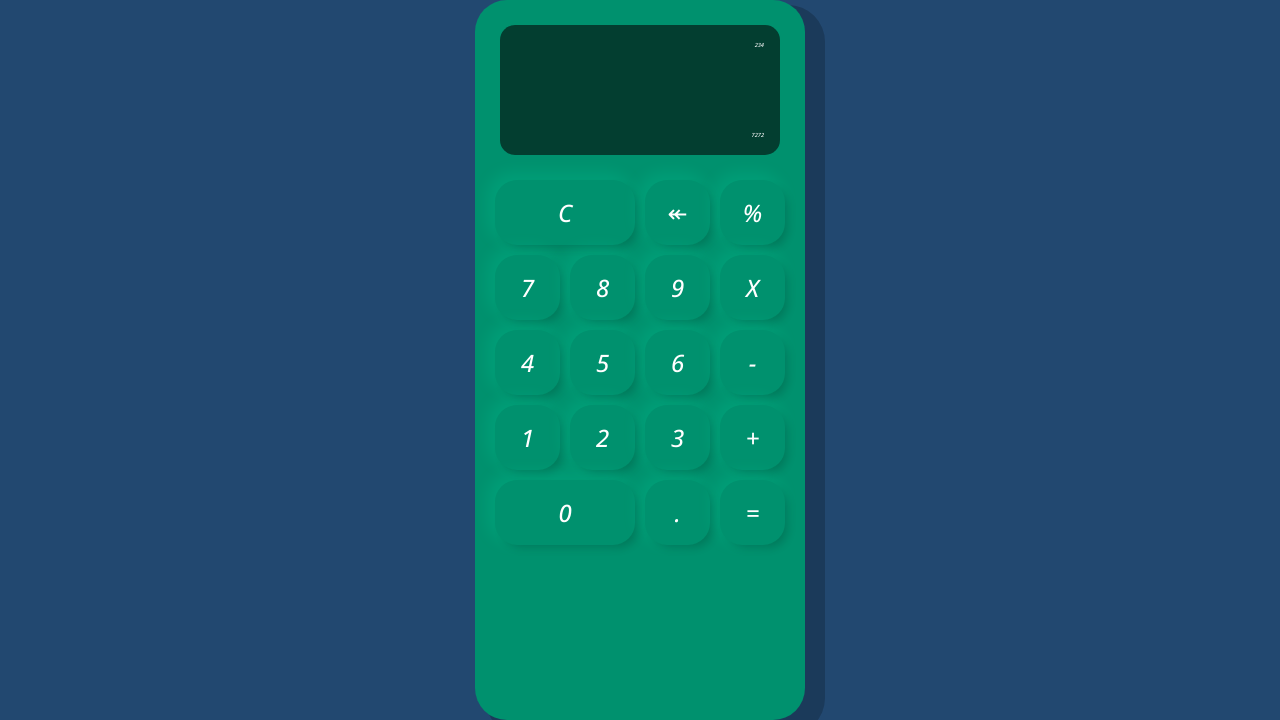
Repository: jhonenmanuel1/javaScript-calculator
Page: src/index.html
The author's editor kept a copy of each file at every save. The page is drawn from the files as they stood at one save, then again after the next save.
The browser window is 1280 px wide. The pictures show the whole page.

Above is the page before, as saved 2022-08-02 23:45:26.

After the next save:
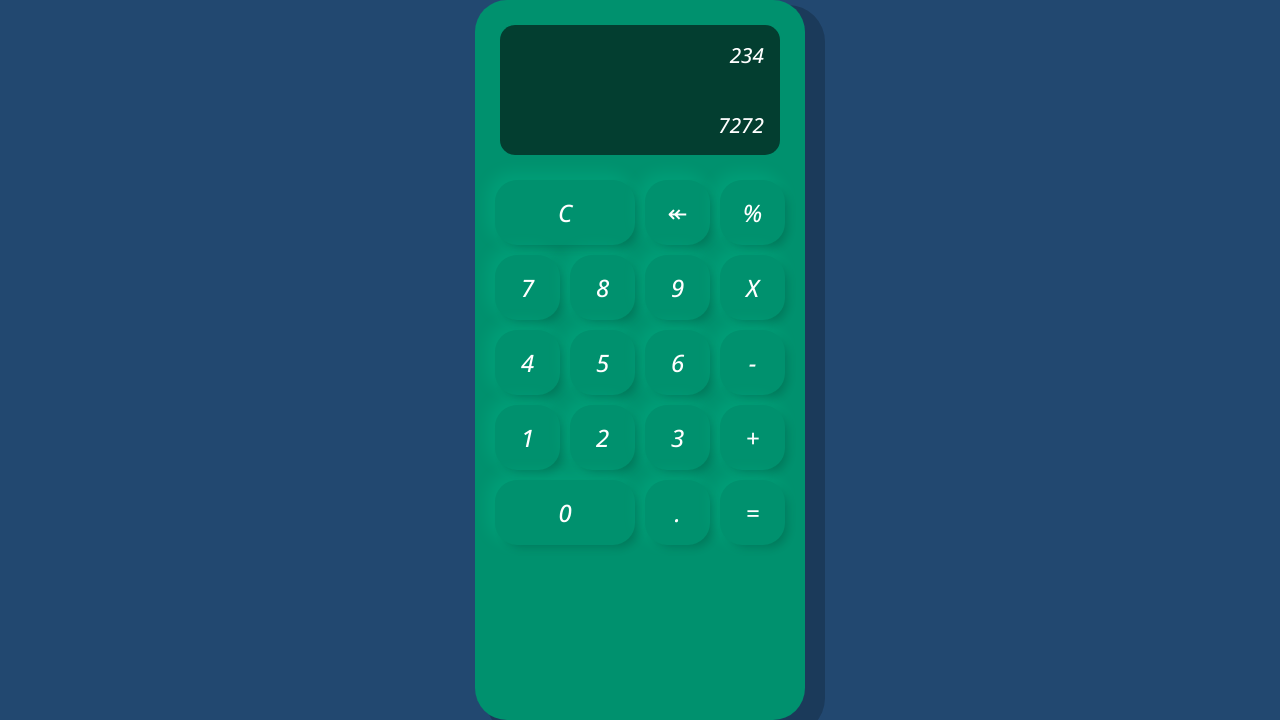
Saved 7 s later.
--- a/src/styles.css
+++ b/src/styles.css
@@ -50,5 +50,5 @@ button:active{
     border-radius: 15px;
     text-align: right;
     justify-content: space-between;
-    font-size: 1.5mm;
+    font-size: 5.5mm;
 }
